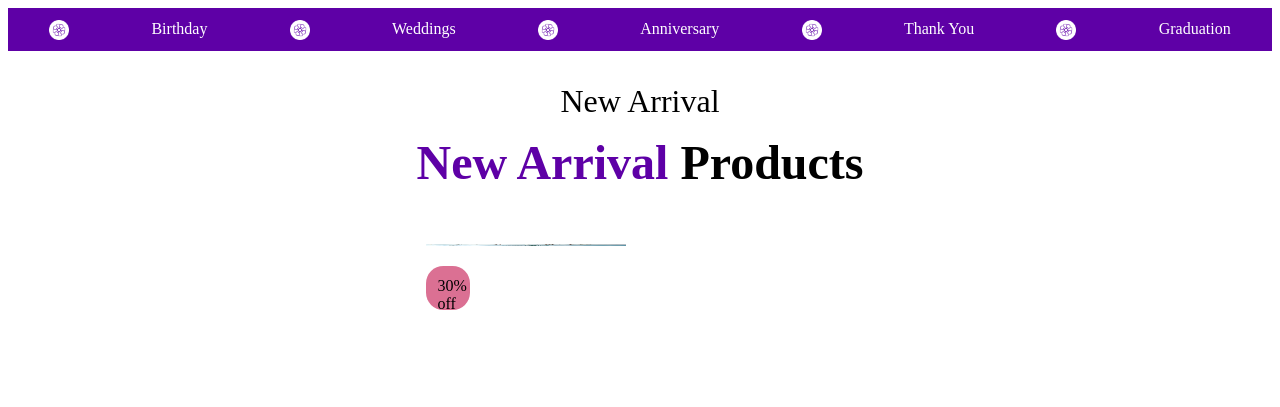
Repository: KolawoleTemilade/classroom-learning
Page: newarrival/index.html
These files come from the project's save history. The page is drawn as it stood at one moment and after a run of saves; the edit follows.
The browser window is 1280 px wide. The pictures show the whole page.

Above is the page before, as saved 2025-10-01 21:21:52.

After the next 6 saves:
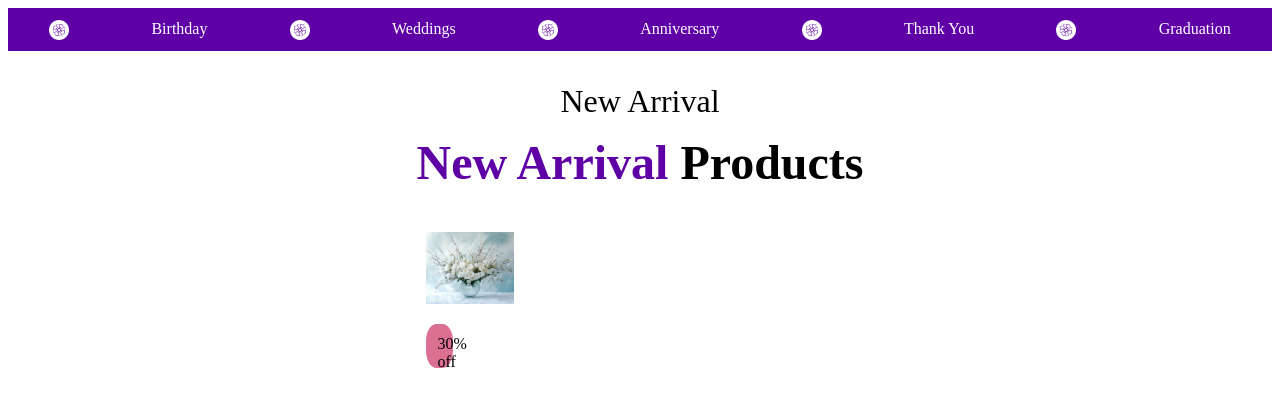
The 6 saves are shown as one change because they came seconds apart.
The last was saved 20 s later.
--- a/newarrival/style.css
+++ b/newarrival/style.css
@@ -47,11 +47,12 @@
 }
 .img-sect {
     position: relative;
+
+}
+.img-sect >img{
     width: 100%;
     height: 10vh;
 }
-.img-sect >img
-
 .absolute-container > p{
     /* width: 100%; */
 }
